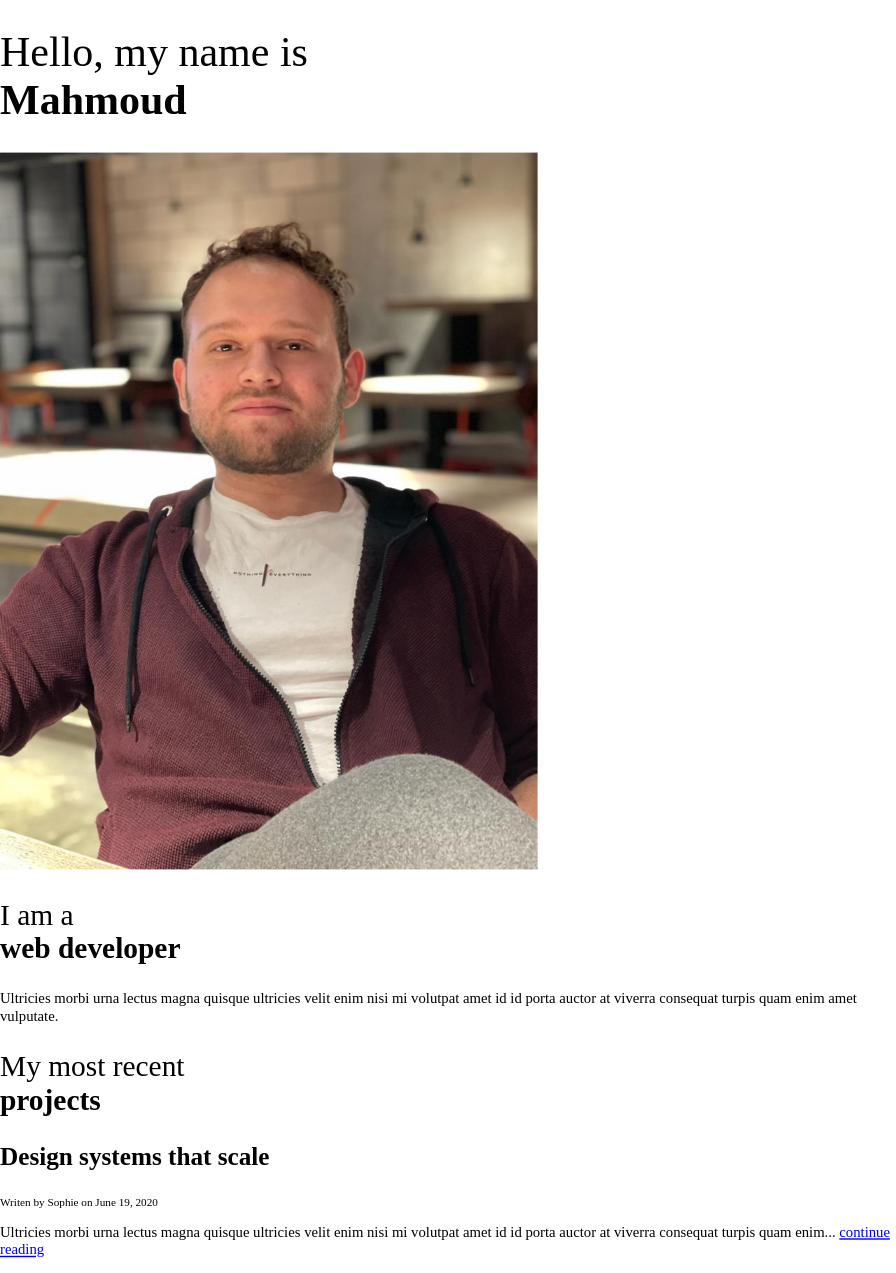
Repository: Doumham-Armah/portfolio
Page: index.html
The author's editor kept a copy of each file at every save. The page is drawn from the files as they stood at one save, then again after the next save.
The browser window is 1280 px wide. The pictures show the whole page, at 70% of full size.

Above is the page before, as saved 2021-08-17 12:11:05.

### index.html
<!DOCTYPE html>
<html>
  <head>
    <title>HTML & CSS Fundamentals | Challenges</title>
    <link rel="preconnect" href="https://fonts.googleapis.com" />
    <link rel="preconnect" href="https://fonts.gstatic.com" crossorigin />
    <link
      href="https://fonts.googleapis.com/css2?family=Roboto:wght@300;900&display=swap"
      rel="stylesheet"
    />
    <link href="./style.css" rel="stylesheet" />
  </head>

  <body>
    <header>
      <div>
        <h1>Hello, my name is <span>Mahmoud</span></h1>
        <img src="./images/photo.jpeg" alt="image of me" />
      </div>
    </header>

    <section class="about-me">
      <h2>I am a <span>web developer</span></h2>
      <p>
        Ultricies morbi urna lectus magna quisque ultricies velit enim nisi mi
        volutpat amet id id porta auctor at viverra consequat turpis quam enim
        amet vulputate.
      </p>
    </section>

    <section class="projects">
      <h2>My most recent <span>projects</span></h2>
      <article>
        <h3>Design systems that scale</h3>
        <p class="small-text">Writen by Sophie on June 19, 2020</p>
        <p>
          Ultricies morbi urna lectus magna quisque ultricies velit enim nisi mi
          volutpat amet id id porta auctor at viverra consequat turpis quam
          enim... <a href="#">continue reading</a>
        </p>
      </article>
    </section>
  </body>
</html>

### style.css
body {
  margin: 0;
  font-size: 1.3125rem;
}

h1,
h2 {
  font-weight: 300;
}

h1 {
  font-size: 3.75rem;
}

h2 {
  font-size: 2.625rem;
}

h3 {
  font-size: 2.25rem;
}

.small-text {
  font-size: 16px;
}

h1 span,
h2 span {
  font-weight: 900;
  display: block;
}

.container {
  width: 570px;
  margin: 0 auto;
  border: 1px solid red;
  text-align: center;
  font-family: "Roboto", sans-serif;
}

After the next save:
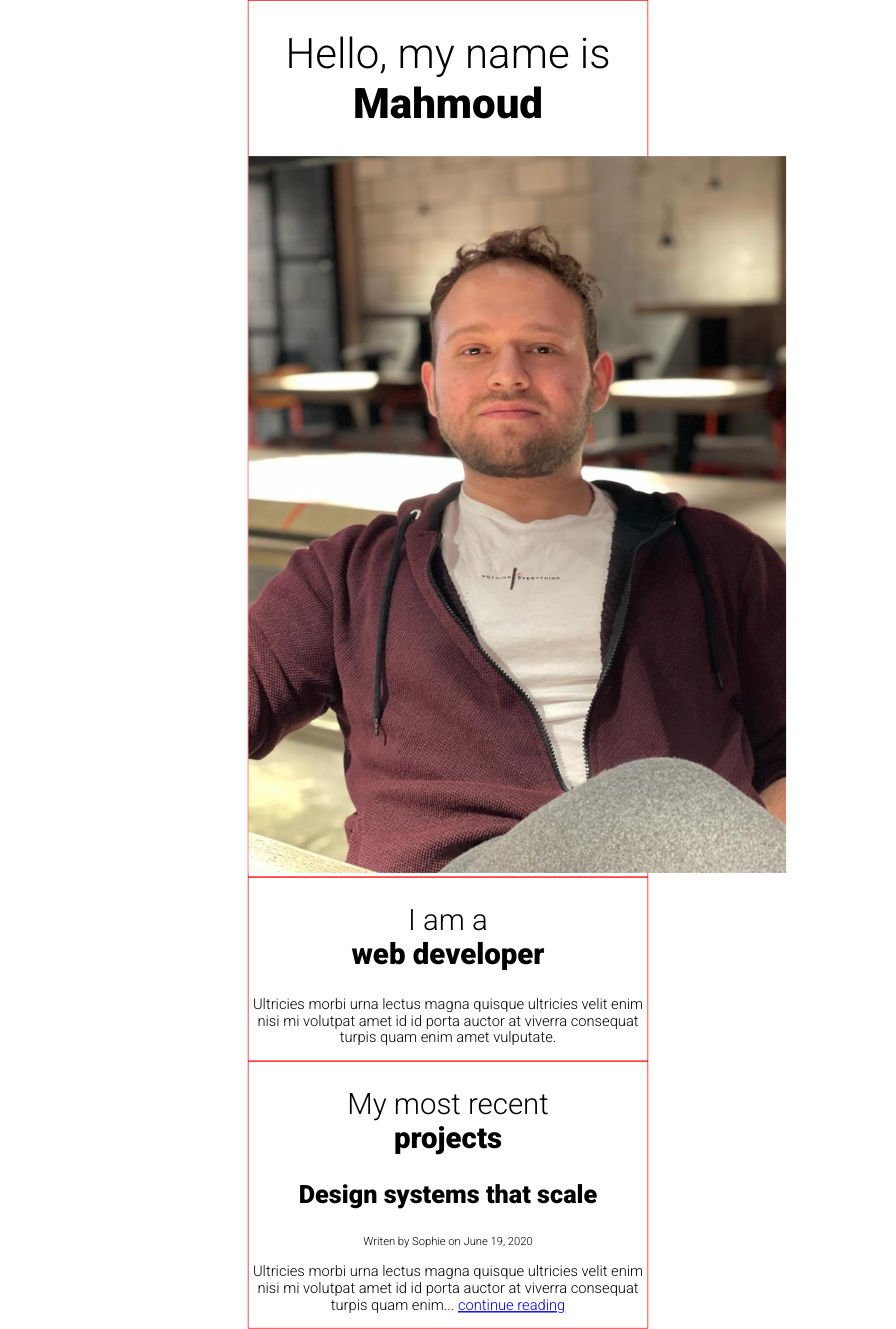
Saved 32 s later.
--- a/index.html
+++ b/index.html
@@ -13,32 +13,36 @@
 
   <body>
     <header>
-      <div>
+      <div class="container">
         <h1>Hello, my name is <span>Mahmoud</span></h1>
         <img src="./images/photo.jpeg" alt="image of me" />
       </div>
     </header>
 
     <section class="about-me">
-      <h2>I am a <span>web developer</span></h2>
-      <p>
-        Ultricies morbi urna lectus magna quisque ultricies velit enim nisi mi
-        volutpat amet id id porta auctor at viverra consequat turpis quam enim
-        amet vulputate.
-      </p>
+      <div class="container">
+        <h2>I am a <span>web developer</span></h2>
+        <p>
+          Ultricies morbi urna lectus magna quisque ultricies velit enim nisi mi
+          volutpat amet id id porta auctor at viverra consequat turpis quam enim
+          amet vulputate.
+        </p>
+      </div>
     </section>
 
     <section class="projects">
-      <h2>My most recent <span>projects</span></h2>
-      <article>
-        <h3>Design systems that scale</h3>
-        <p class="small-text">Writen by Sophie on June 19, 2020</p>
-        <p>
-          Ultricies morbi urna lectus magna quisque ultricies velit enim nisi mi
-          volutpat amet id id porta auctor at viverra consequat turpis quam
-          enim... <a href="#">continue reading</a>
-        </p>
-      </article>
+      <div class="container">
+        <h2>My most recent <span>projects</span></h2>
+        <article>
+          <h3>Design systems that scale</h3>
+          <p class="small-text">Writen by Sophie on June 19, 2020</p>
+          <p>
+            Ultricies morbi urna lectus magna quisque ultricies velit enim nisi
+            mi volutpat amet id id porta auctor at viverra consequat turpis quam
+            enim... <a href="#">continue reading</a>
+          </p>
+        </article>
+      </div>
     </section>
   </body>
 </html>
